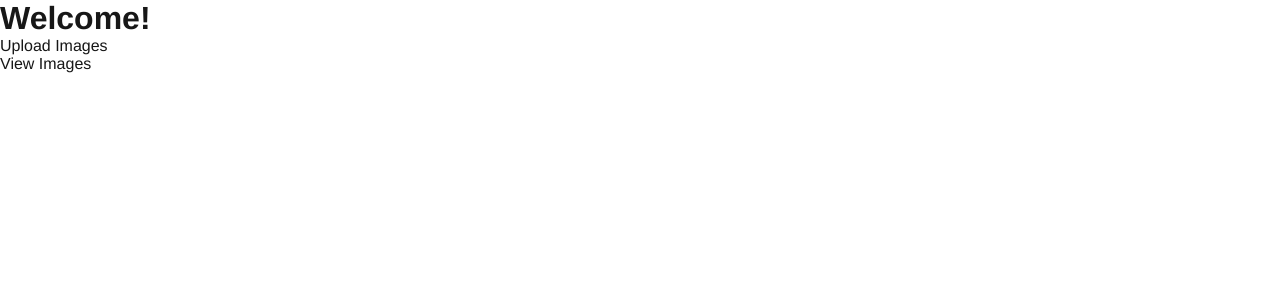
Repository: EricRobertCampbell/palaeo-fossil-classifier
Page: /dashboard (app in palaeo-fossil-classifier/)
These files come from the project's save history. The page is drawn as it stood at one moment and after the next save; the edit follows.
The browser window is 1280 px wide. The pictures show the whole page.
Some web libraries are served in a nearby version. The project was rebuilt for these pictures with package versions that can differ from the ones it lists, and the page was loaded fresh each time. The framework's server and built-in components were replaced by stand-ins that run in the browser. Also part of the build but not shown: palaeo-fossil-classifier/next.config.ts.

Above is the page before, as saved 2024-11-30 13:50:37.

### palaeo-fossil-classifier/app/dashboard/page.tsx
import React from "react";

export default function dashboard() {
  return (
    <div>
      <h1>Welcome!</h1>
      <div className="area"></div>
      <nav className="main-menu">
        <ul>
          <li>
            <a href="https://jbfarrow.com">
              <i className="fa fa-home fa-2x"></i>
              <span className="nav-text">Upload Images</span>
            </a>
          </li>
          <li className="has-subnav">
            <a href="#">
              <i className="fa fa-globe fa-2x"></i>
              <span className="nav-text">View Images</span>
            </a>
          </li>
        </ul>
      </nav>
    </div>
  );
}

### palaeo-fossil-classifier/app/globals.css
:root {
  --background: #ffffff;
  --foreground: #171717;
}

@media (prefers-color-scheme: dark) {
  :root {
    --background: #0a0a0a;
    --foreground: #ededed;
  }
}

html,
body {
  max-width: 100vw;
  overflow-x: hidden;
}

body {
  color: var(--foreground);
  background: var(--background);
  font-family: Helvetica;
  -webkit-font-smoothing: antialiased;
  -moz-osx-font-smoothing: grayscale;
}

* {
  box-sizing: border-box;
  padding: 0;
  margin: 0;
}

a {
  color: inherit;
  text-decoration: none;
}

@media (prefers-color-scheme: dark) {
  html {
    color-scheme: dark;
  }
}

### palaeo-fossil-classifier/app/dashboard/page.module.css
@import url(//netdna.bootstrapcdn.com/font-awesome/4.0.3/css/font-awesome.css);

@import url(https://fonts.googleapis.com/css?family=Titillium+Web:300);
.fa-2x {
font-size: 2em;
}
.fa {
position: relative;
display: table-cell;
width: 60px;
height: 36px;
text-align: center;
vertical-align: middle;
font-size:20px;
}


.main-menu:hover,nav.main-menu.expanded {
width:250px;
overflow:visible;
}

.main-menu {
background:#212121;
border-right:1px solid #e5e5e5;
position:absolute;
top:0;
bottom:0;
height:100%;
left:0;
width:60px;
overflow:hidden;
-webkit-transition:width .05s linear;
transition:width .05s linear;
-webkit-transform:translateZ(0) scale(1,1);
z-index:1000;
}

.main-menu>ul {
margin:7px 0;
}

.main-menu li {
position:relative;
display:block;
width:250px;
}

.main-menu li>a {
position:relative;
display:table;
border-collapse:collapse;
border-spacing:0;
color:#999;
 font-family: arial;
font-size: 14px;
text-decoration:none;
-webkit-transform:translateZ(0) scale(1,1);
-webkit-transition:all .1s linear;
transition:all .1s linear;

}

.main-menu .nav-icon {
position:relative;
display:table-cell;
width:60px;
height:36px;
text-align:center;
vertical-align:middle;
font-size:18px;
}

.main-menu .nav-text {
position:relative;
display:table-cell;
vertical-align:middle;
width:190px;
  font-family: 'Titillium Web', sans-serif;
}

.main-menu>ul.logout {
position:absolute;
left:0;
bottom:0;
}

.no-touch .scrollable.hover {
overflow-y:hidden;
}

.no-touch .scrollable.hover:hover {
overflow-y:auto;
overflow:visible;
}

a:hover,a:focus {
text-decoration:none;
}

nav {
-webkit-user-select:none;
-moz-user-select:none;
-ms-user-select:none;
-o-user-select:none;
user-select:none;
}

nav ul,nav li {
outline:0;
margin:0;
padding:0;
}
.main-menu li:hover>a,nav.main-menu li.active>a,.dropdown-menu>li>a:hover,.dropdown-menu>li>a:focus,.dropdown-menu>.active>a,.dropdown-menu>.active>a:hover,.dropdown-menu>.active>a:focus,.no-touch .dashboard-page nav.dashboard-menu ul li:hover a,.dashboard-page nav.dashboard-menu ul li.active a {
color:#fff;
background-color:#000000;
}
.area {
float: left;
background: #e2e2e2;
width: 100%;
height: 100%;
}
@font-face {
  font-family: 'Titillium Web';
  font-style: normal;
  font-weight: 300;
  src: local('Titillium WebLight'), local('TitilliumWeb-Light'), url(http://themes.googleusercontent.com/static/fonts/titilliumweb/v2/anMUvcNT0H1YN4FII8wpr24bNCNEoFTpS2BTjF6FB5E.woff) format('woff');
}

Loaded but not shown: palaeo-fossil-classifier/app/layout.tsx (common file)

After the next save:
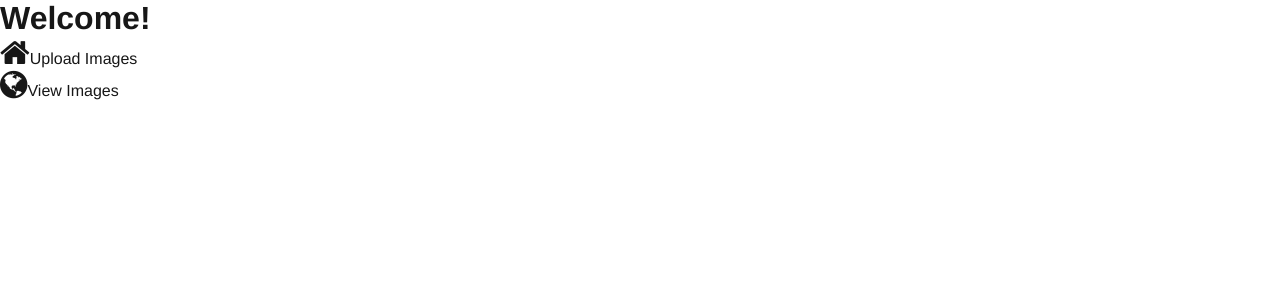
Saved 35 s later.
--- a/palaeo-fossil-classifier/app/dashboard/page.tsx
+++ b/palaeo-fossil-classifier/app/dashboard/page.tsx
@@ -1,4 +1,5 @@
 import React from "react";
+import "./page.module.css";
 
 export default function dashboard() {
   return (
